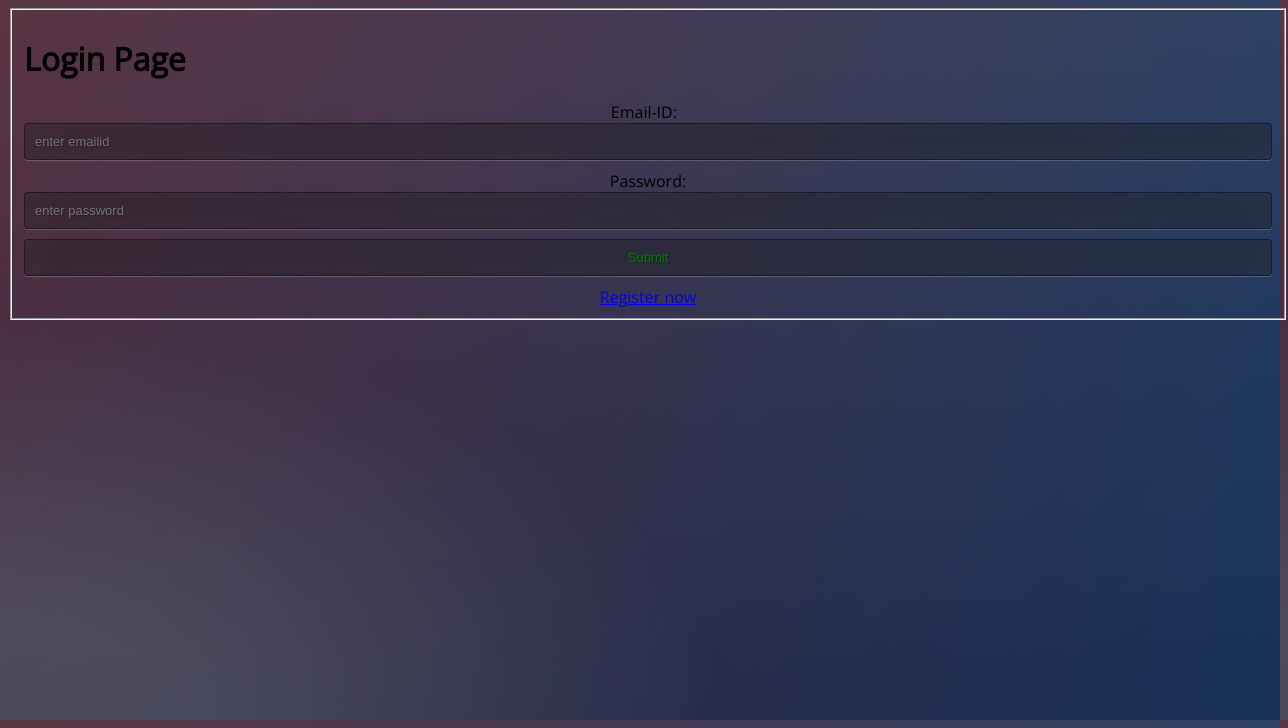
Repository: Tharungandhi/ServeltProject
Page: ServletJDBCApp/WebContent/login.html
These files come from the project's save history. The page is drawn as it stood at one moment and after the next save; the edit follows.
The browser window is 1280 px wide. The page is 1288 px wide, so the pictures cover 1288 px, including what lies to the right of the window. The pictures show the whole page.

Above is the page before, as saved 2019-01-29 11:04:15.

### ServletJDBCApp/WebContent/login.html
















<!DOCTYPE html>
<html>
<head>
<style>
  @import url(https://fonts.googleapis.com/css?family=Open+Sans);
.btn { display: inline-block; *display: inline; *zoom: 1; padding: 4px 10px 4px; margin-bottom: 0; font-size: 13px; line-height: 18px; color: #333333; text-align: center;text-shadow: 0 1px 1px rgba(255, 255, 255, 0.75); vertical-align: middle; background-color: #f5f5f5; background-image: -moz-linear-gradient(top, #ffffff, #e6e6e6); background-image: -ms-linear-gradient(top, #ffffff, #e6e6e6); background-image: -webkit-gradient(linear, 0 0, 0 100%, from(#ffffff), to(#e6e6e6)); background-image: -webkit-linear-gradient(top, #ffffff, #e6e6e6); background-image: -o-linear-gradient(top, #ffffff, #e6e6e6); background-image: linear-gradient(top, #ffffff, #e6e6e6); background-repeat: repeat-x; filter: progid:dximagetransform.microsoft.gradient(startColorstr=#ffffff, endColorstr=#e6e6e6, GradientType=0); border-color: #e6e6e6 #e6e6e6 #e6e6e6; border-color: rgba(0, 0, 0, 0.1) rgba(0, 0, 0, 0.1) rgba(0, 0, 0, 0.25); border: 1px solid #e6e6e6; -webkit-border-radius: 4px; -moz-border-radius: 4px; border-radius: 4px; -webkit-box-shadow: inset 0 1px 0 rgba(255, 255, 255, 0.2), 0 1px 2px rgba(0, 0, 0, 0.05); -moz-box-shadow: inset 0 1px 0 rgba(255, 255, 255, 0.2), 0 1px 2px rgba(0, 0, 0, 0.05); box-shadow: inset 0 1px 0 rgba(255, 255, 255, 0.2), 0 1px 2px rgba(0, 0, 0, 0.05); cursor: pointer; *margin-left: .3em; }
.btn:hover, .btn:active, .btn.active, .btn.disabled, .btn[disabled] { background-color: #e6e6e6; }
.btn-large { padding: 9px 14px; font-size: 15px; line-height: normal; -webkit-border-radius: 5px; -moz-border-radius: 5px; border-radius: 5px; }
.btn:hover { color: #333333; text-decoration: none; background-color: #e6e6e6; background-position: 0 -15px; -webkit-transition: background-position 0.1s linear; -moz-transition: background-position 0.1s linear; -ms-transition: background-position 0.1s linear; -o-transition: background-position 0.1s linear; transition: background-position 0.1s linear; }
.btn-primary, .btn-primary:hover { text-shadow: 0 -1px 0 rgba(0, 0, 0, 0.25); color: #ffffff; }
.btn-primary.active { color: rgba(255, 255, 255, 0.75); }
.btn-primary { background-color: #4a77d4; background-image: -moz-linear-gradient(top, #6eb6de, #4a77d4); background-image: -ms-linear-gradient(top, #6eb6de, #4a77d4); background-image: -webkit-gradient(linear, 0 0, 0 100%, from(#6eb6de), to(#4a77d4)); background-image: -webkit-linear-gradient(top, #6eb6de, #4a77d4); background-image: -o-linear-gradient(top, #6eb6de, #4a77d4); background-image: linear-gradient(top, #6eb6de, #4a77d4); background-repeat: repeat-x; filter: progid:dximagetransform.microsoft.gradient(startColorstr=#6eb6de, endColorstr=#4a77d4, GradientType=0);  border: 1px solid #3762bc; text-shadow: 1px 1px 1px rgba(0,0,0,0.4); box-shadow: inset 0 1px 0 rgba(255, 255, 255, 0.2), 0 1px 2px rgba(0, 0, 0, 0.5); }
.btn-primary:hover, .btn-primary:active, .btn-primary.active, .btn-primary.disabled, .btn-primary[disabled] { filter: none; background-color: #4a77d4; }
.btn-block { width: 100%; display:block; }

* { -webkit-box-sizing:border-box; -moz-box-sizing:border-box; -ms-box-sizing:border-box; -o-box-sizing:border-box; box-sizing:border-box; }

html { width: 100%; height:100%; overflow:hidden; }

body {
    width: 100%;
    height:100%;
    font-family: 'Open Sans', sans-serif;
    background: #092756;
    background: -moz-radial-gradient(0% 100%, ellipse cover, rgba(104,128,138,.4) 10%,rgba(138,114,76,0) 40%),-moz-linear-gradient(top,  rgba(57,173,219,.25) 0%, rgba(42,60,87,.4) 100%), -moz-linear-gradient(-45deg,  #670d10 0%, #092756 100%);
    background: -webkit-radial-gradient(0% 100%, ellipse cover, rgba(104,128,138,.4) 10%,rgba(138,114,76,0) 40%), -webkit-linear-gradient(top,  rgba(57,173,219,.25) 0%,rgba(42,60,87,.4) 100%), -webkit-linear-gradient(-45deg,  #670d10 0%,#092756 100%);
    background: -o-radial-gradient(0% 100%, ellipse cover, rgba(104,128,138,.4) 10%,rgba(138,114,76,0) 40%), -o-linear-gradient(top,  rgba(57,173,219,.25) 0%,rgba(42,60,87,.4) 100%), -o-linear-gradient(-45deg,  #670d10 0%,#092756 100%);
    background: -ms-radial-gradient(0% 100%, ellipse cover, rgba(104,128,138,.4) 10%,rgba(138,114,76,0) 40%), -ms-linear-gradient(top,  rgba(57,173,219,.25) 0%,rgba(42,60,87,.4) 100%), -ms-linear-gradient(-45deg,  #670d10 0%,#092756 100%);
    background: -webkit-radial-gradient(0% 100%, ellipse cover, rgba(104,128,138,.4) 10%,rgba(138,114,76,0) 40%), linear-gradient(to bottom,  rgba(57,173,219,.25) 0%,rgba(42,60,87,.4) 100%), linear-gradient(135deg,  #670d10 0%,#092756 100%);
    filter: progid:DXImageTransform.Microsoft.gradient( startColorstr='#3E1D6D', endColorstr='#092756',GradientType=1 );
}
.login {
    position: absolute;
    top: 50%;
    left: 50%;
    margin: -150px 0 0 -150px;
    width:300px;
    height:300px;
}
.login h1 { color: #fff; text-shadow: 0 0 10px rgba(0,0,0,0.3); letter-spacing:1px; text-align:center; }

input {
    width: 100%;
    margin-bottom: 10px;
    background: rgba(0,0,0,0.3);
    border: none;
    outline: none;
    padding: 10px;
    font-size: 13px;
    color: #fff;
    text-shadow: 1px 1px 1px rgba(0,0,0,0.3);
    border: 1px solid rgba(0,0,0,0.3);
    border-radius: 4px;
    box-shadow: inset 0 -5px 45px rgba(100,100,100,0.2), 0 1px 1px rgba(255,255,255,0.2);
    -webkit-transition: box-shadow .5s ease;
    -moz-transition: box-shadow .5s ease;
    -o-transition: box-shadow .5s ease;
    -ms-transition: box-shadow .5s ease;
    transition: box-shadow .5s ease;
}
input:focus { box-shadow: inset 0 -5px 45px rgba(100,100,100,0.4), 0 1px 1px rgba(255,255,255,0.2); }

</style>
<meta charset="UTF-8">
<title>Login Page</title>
</head>
<body>
<form action="login" method="post">

<fieldset>
<h1>Login Page</h1>
<div align="center">
<div>
<label>Email-ID:</label>
&nbsp;<input type="email" name="emailid"  placeholder="enter emailid" value="" required/> </div>
<div>
<label>Password:</label>
<input type="password" name="password"  placeholder="enter password" value="" required/> </div>
<input style='color: green' type="submit" name="submit"/>
<div>
<a href=registration.html> Register now </a> </div>
</div>
</fieldset>
</form>
</body>
</html>

After the next save:
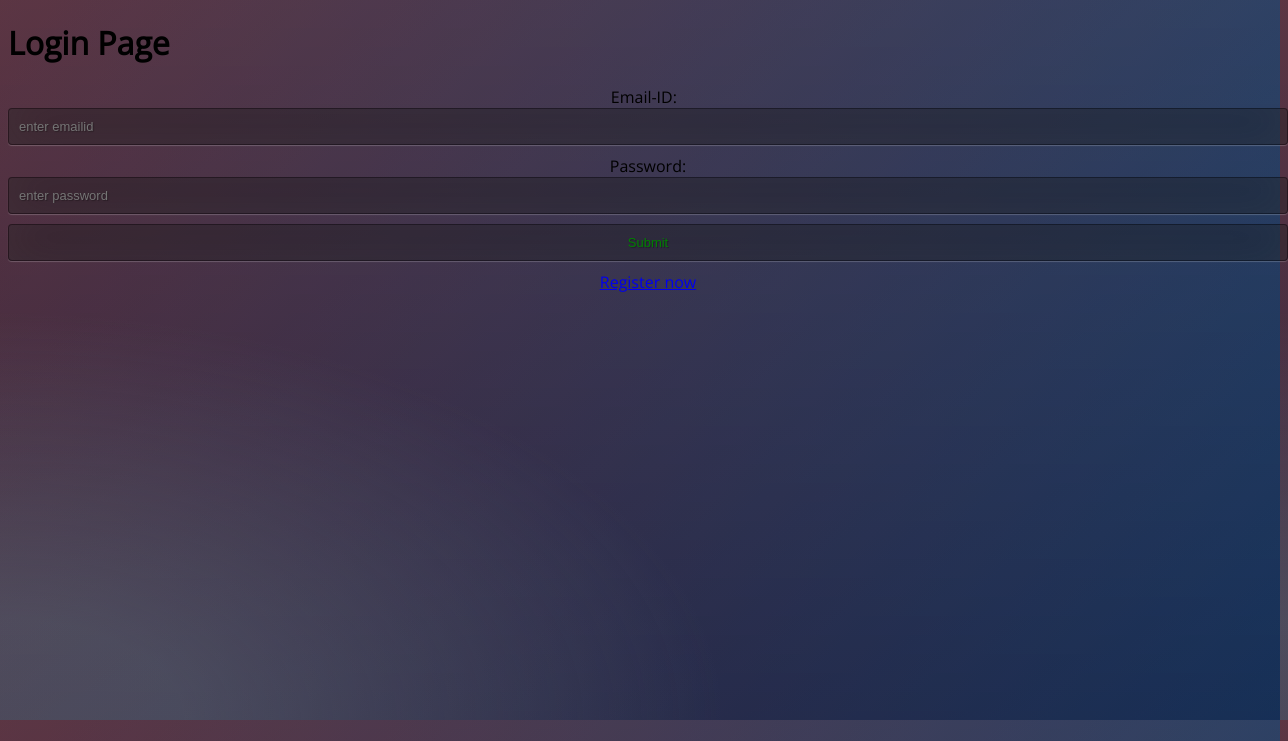
Saved 72 s later.
--- a/ServletJDBCApp/WebContent/login.html
+++ b/ServletJDBCApp/WebContent/login.html
@@ -83,7 +83,7 @@ input:focus { box-shadow: inset 0 -5px 45px rgba(100,100,100,0.4), 0 1px 1px rgb
 <body>
 <form action="login" method="post">
 
-<fieldset>
+
 <h1>Login Page</h1>
 <div align="center">
 <div>
@@ -96,7 +96,6 @@ input:focus { box-shadow: inset 0 -5px 45px rgba(100,100,100,0.4), 0 1px 1px rgb
 <div>
 <a href=registration.html> Register now </a> </div>
 </div>
-</fieldset>
 </form>
 </body>
 </html>
